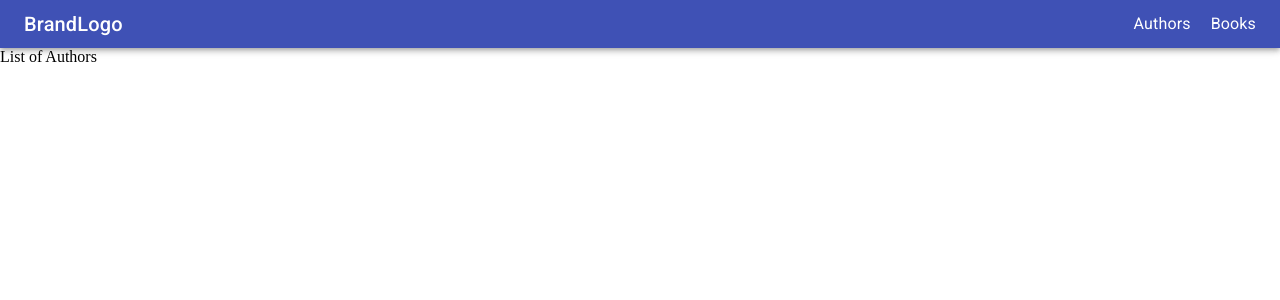
Repository: Sociophuck/00007494
Page: /authors (app in front/)
These files come from the project's save history. The page is drawn as it stood at one moment and after the next save; the edit follows.
The browser window is 1280 px wide. The pictures show the whole page.
The project was rebuilt for these pictures with package versions that can differ from the ones it lists, and the page was loaded fresh each time. Also part of the build but not shown: front/src/App.css, front/src/Book.js, front/src/Home.js.

Above is the page before, as saved 2021-04-04 11:02:44.

### front/src/index.css
body {
  margin: 0;
}

.header-links {
  display: flex;
}
.header-links > a {
  margin-left: 20px;
  text-decoration: none;
  color: white;
}
.header-links > a:hover {
  color: turquoise;
}

### front/src/App.js
import Author from "./Author";
import "./App.css";
import { BrowserRouter as Router, Route, Switch } from "react-router-dom";
import Book from "./Book";
import Home from "./Home";
import NavBar from "./NavBar";

function App() {
  return (
    <Router>
      <div className="App">
        <NavBar />
        <div>
          <Switch>
            <Route exact path="/">
              <Home />
            </Route>
            <Route path="/authors">
              <Author />
            </Route>
            <Route path="/books">
              <Book />
            </Route>
          </Switch>
        </div>
      </div>
    </Router>
  );
}

export default App;

### front/src/Author.js
function Author() {
  return <div>List of Authors</div>;
}

export default Author;

### front/src/NavBar.js
import { Link } from "react-router-dom";
import React from "react";
import { makeStyles } from "@material-ui/core/styles";
import AppBar from "@material-ui/core/AppBar";
import Toolbar from "@material-ui/core/Toolbar";
import Typography from "@material-ui/core/Typography";

const useStyles = makeStyles((theme) => ({
  root: {
    flexGrow: 1,
  },
  logo: {
    flexGrow: 1,
  },
}));

function NavBar() {
  const classes = useStyles();

  return (
    <div className={classes.root}>
      <AppBar position="static">
        <Toolbar variant="dense">
          <Typography className={classes.logo} variant="h6" color="inherit">
            BrandLogo
          </Typography>
          <div className="header-links">
            <Link to="/authors">
              <Typography variant="body1" color="inherit">
                Authors
              </Typography>
            </Link>
            <Link to="/books">
              <Typography variant="body1" color="inherit">
                Books
              </Typography>
            </Link>
          </div>
        </Toolbar>
      </AppBar>
    </div>
  );
}

export default NavBar;

Loaded but not shown: front/public/index.html (common file); front/src/index.js (common file)

After the next save:
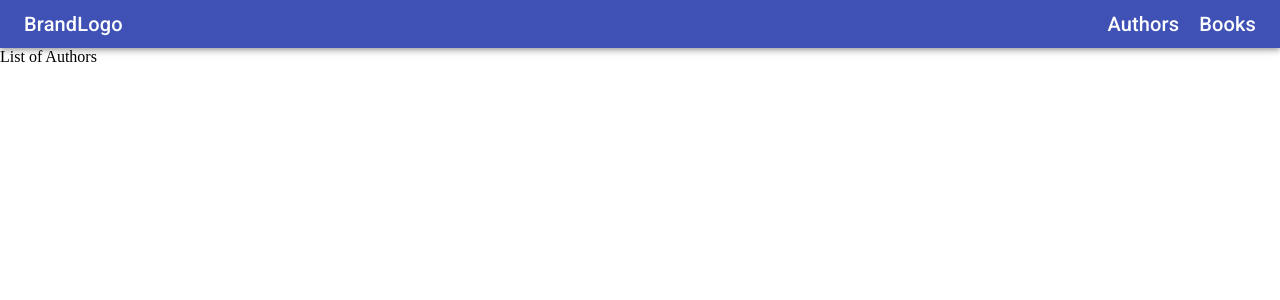
Saved 20 s later.
--- a/front/src/NavBar.js
+++ b/front/src/NavBar.js
@@ -26,12 +26,12 @@ function NavBar() {
           </Typography>
           <div className="header-links">
             <Link to="/authors">
-              <Typography variant="body1" color="inherit">
+              <Typography variant="h6" color="inherit">
                 Authors
               </Typography>
             </Link>
             <Link to="/books">
-              <Typography variant="body1" color="inherit">
+              <Typography variant="h6" color="inherit">
                 Books
               </Typography>
             </Link>
